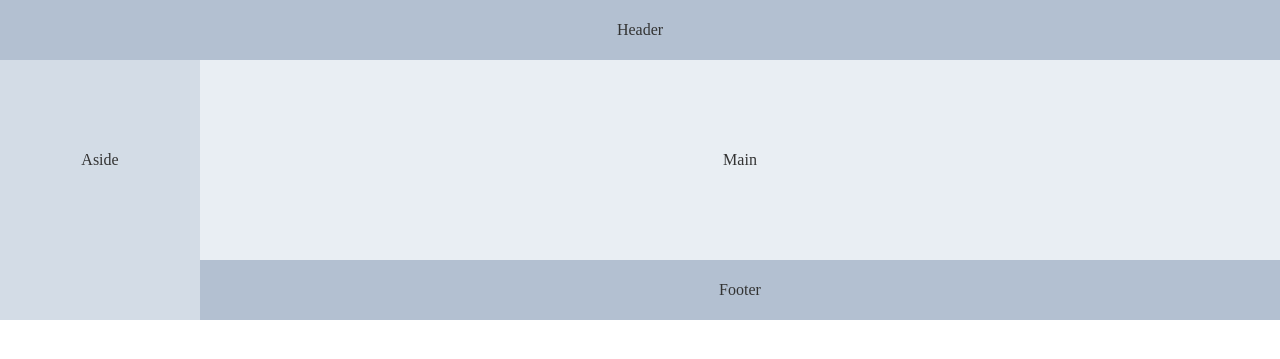
Repository: heyegang/vuex
Page: /
An editor plug-in stored every save of this project. The page is shown before and after the next save, followed by the edit.
The browser window is 1280 px wide. The pictures show the whole page.
The project was rebuilt for these pictures with package versions that can differ from the ones it lists, and the page was loaded fresh each time. Also part of the build but not shown: vue.config.js, src/views/Home.vue.

Above is the page before, as saved 2021-01-06 09:13:46.

After the next save:
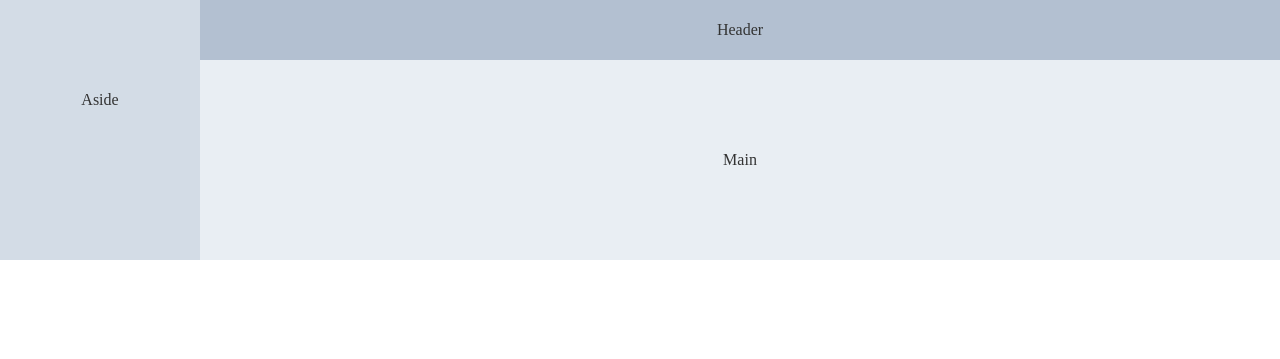
Saved 68 s later.
--- a/src/views/layout/Layout.vue
+++ b/src/views/layout/Layout.vue
@@ -1,13 +1,10 @@
 <template>
     <div>
         <el-container>
-        <el-header>Header</el-header>
+        <el-aside width="200px">Aside</el-aside>
         <el-container>
-            <el-aside width="200px">Aside</el-aside>
-            <el-container>
+            <el-header>Header</el-header>
             <el-main>Main</el-main>
-            <el-footer>Footer</el-footer>
-            </el-container>
         </el-container>
         </el-container>
     </div>
